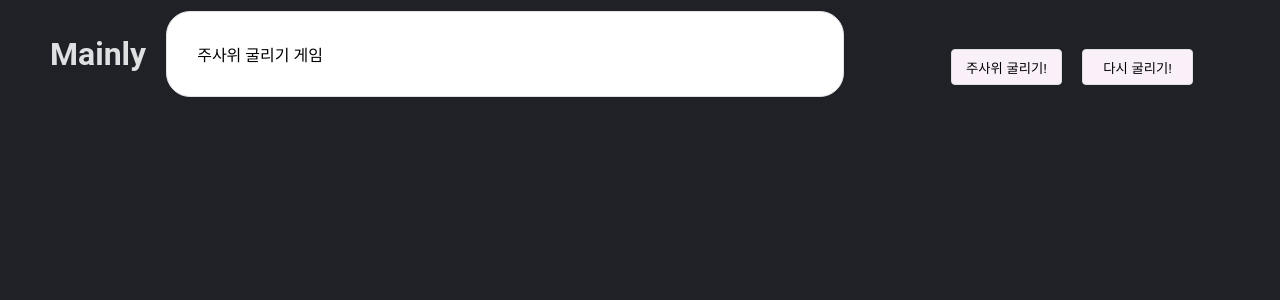
Repository: M1NARTY/WebProgramming
Page: feelLuck.html
The author's editor kept a copy of each file at every save. The page is drawn from the files as they stood at one save, then again after the next save.
The browser window is 1280 px wide. The pictures show the whole page.

Above is the page before, as saved 2023-12-18 00:46:43.

After the next save:
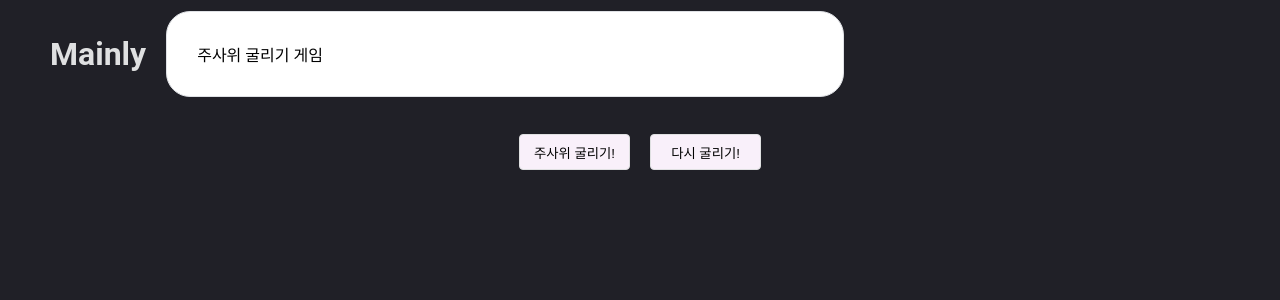
Saved 26 min 10 s later.
--- a/feelLuck.html
+++ b/feelLuck.html
@@ -12,11 +12,10 @@
         <div class="top">
             <h1>Mainly</h1>
             <div class="box">주사위 굴리기 게임</div>
-
+        </div>
         <div class="game">
             <button id="rollDice" type="button">주사위 굴리기!</button>
             <button id="rollDice" type="button">다시 굴리기!</button>
         </div>
-            </div>
-        </body>
+    </body>
 </html>

After the save that followed:
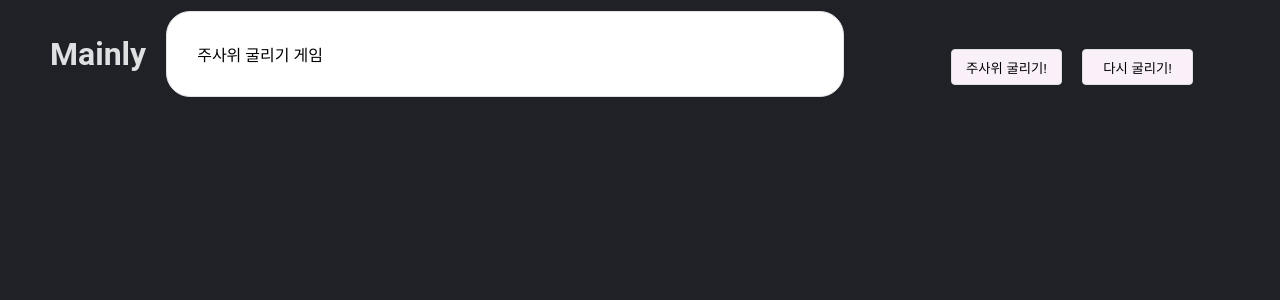
Saved 45 s later.
--- a/feelLuck.html
+++ b/feelLuck.html
@@ -12,10 +12,10 @@
         <div class="top">
             <h1>Mainly</h1>
             <div class="box">주사위 굴리기 게임</div>
-        </div>
-        <div class="game">
-            <button id="rollDice" type="button">주사위 굴리기!</button>
-            <button id="rollDice" type="button">다시 굴리기!</button>
+            <div class="game">
+                <button id="rollDice" type="button">주사위 굴리기!</button>
+                <button id="rollDice" type="button">다시 굴리기!</button>
+            </div>
         </div>
     </body>
 </html>
